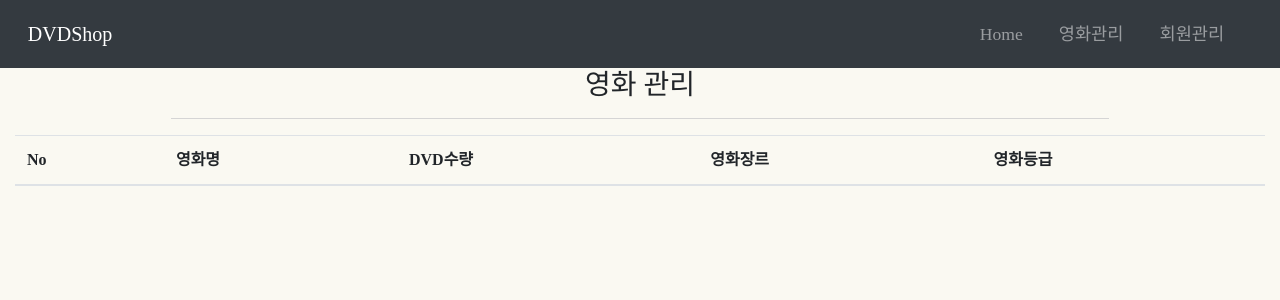
Repository: afterup/dvdshop
Page: http://localhost/shop_project/admin
These files come from the project's save history. The page is drawn as it stood at one moment and after the next save; the edit follows.
The browser window is 1280 px wide. The pictures show the whole page.
The page is served by Tomcat 9. Queries for data that is not in the repository find no rows.

Above is the page before, as saved 2019-08-14 10:26:36.

After the next save:
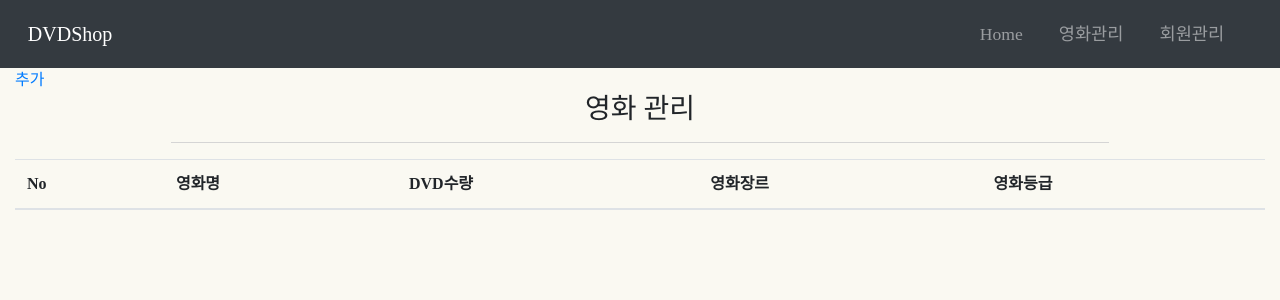
Saved 4 min 57 s later.
--- a/shop_project/WebContent/view/manager/admin.jsp
+++ b/shop_project/WebContent/view/manager/admin.jsp
@@ -23,6 +23,7 @@
 	<%@ include file="/view/manager/adminHeader.jsp" %>
 
 	<div class="container-fluid">
+			<a href="admin?action=create">추가</a>
 			<h3 class="text-center">영화 관리</h3>
 			<hr class="light">
 			<table class="table table-striped">
